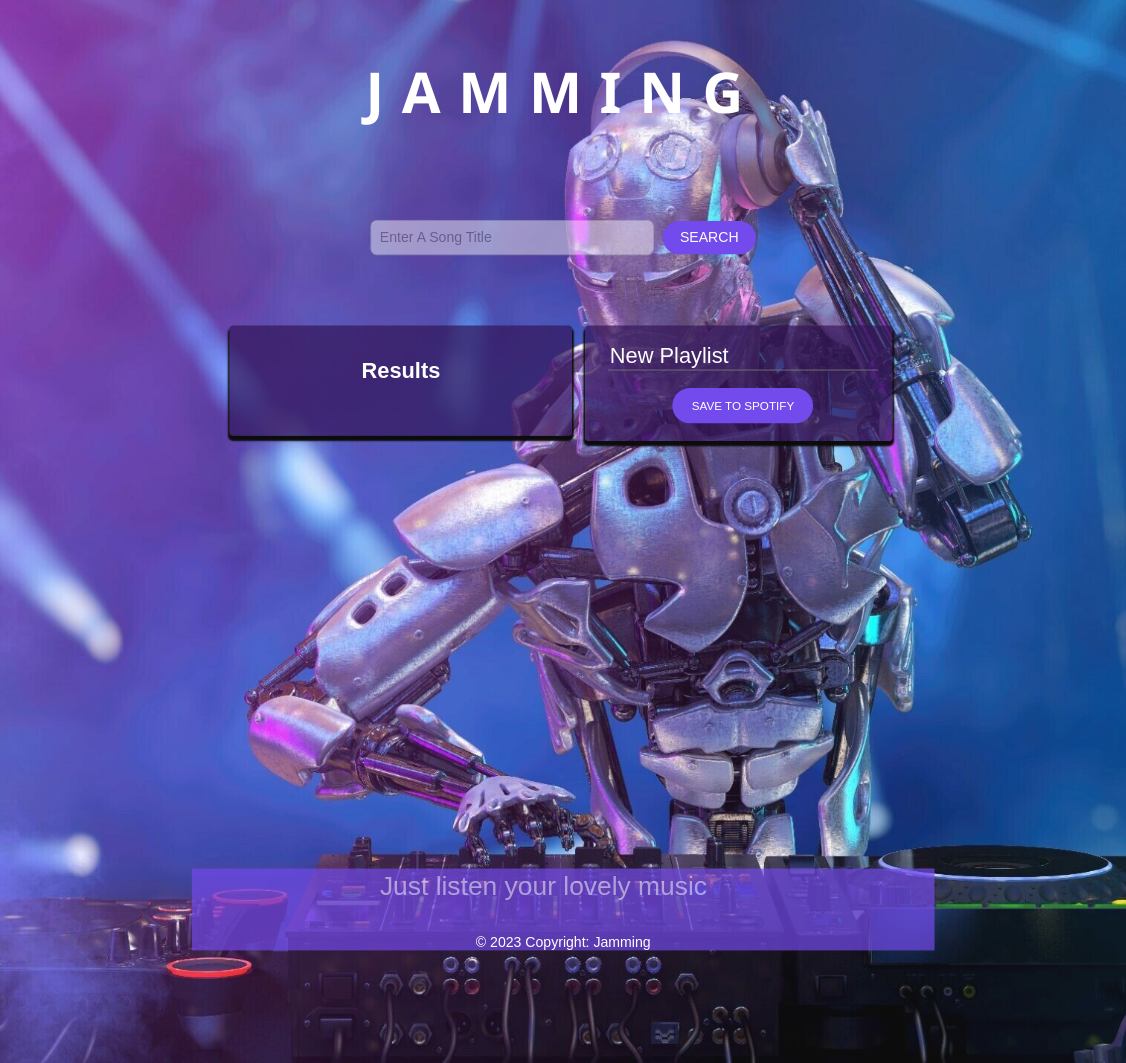
Repository: LolaSL/jamming
Page: /
An editor plug-in stored every save of this project. The page is shown before and after the next save, followed by the edit.
The browser window is 1280 px wide. The pictures show the whole page, at 88% of full size.
The project was rebuilt for these pictures with package versions that can differ from the ones it lists, and the page was loaded fresh each time. Also part of the build but not shown: src/components/Track/Track.jsx.

Above is the page before, as saved 2023-06-23 20:05:32.

After the next save:
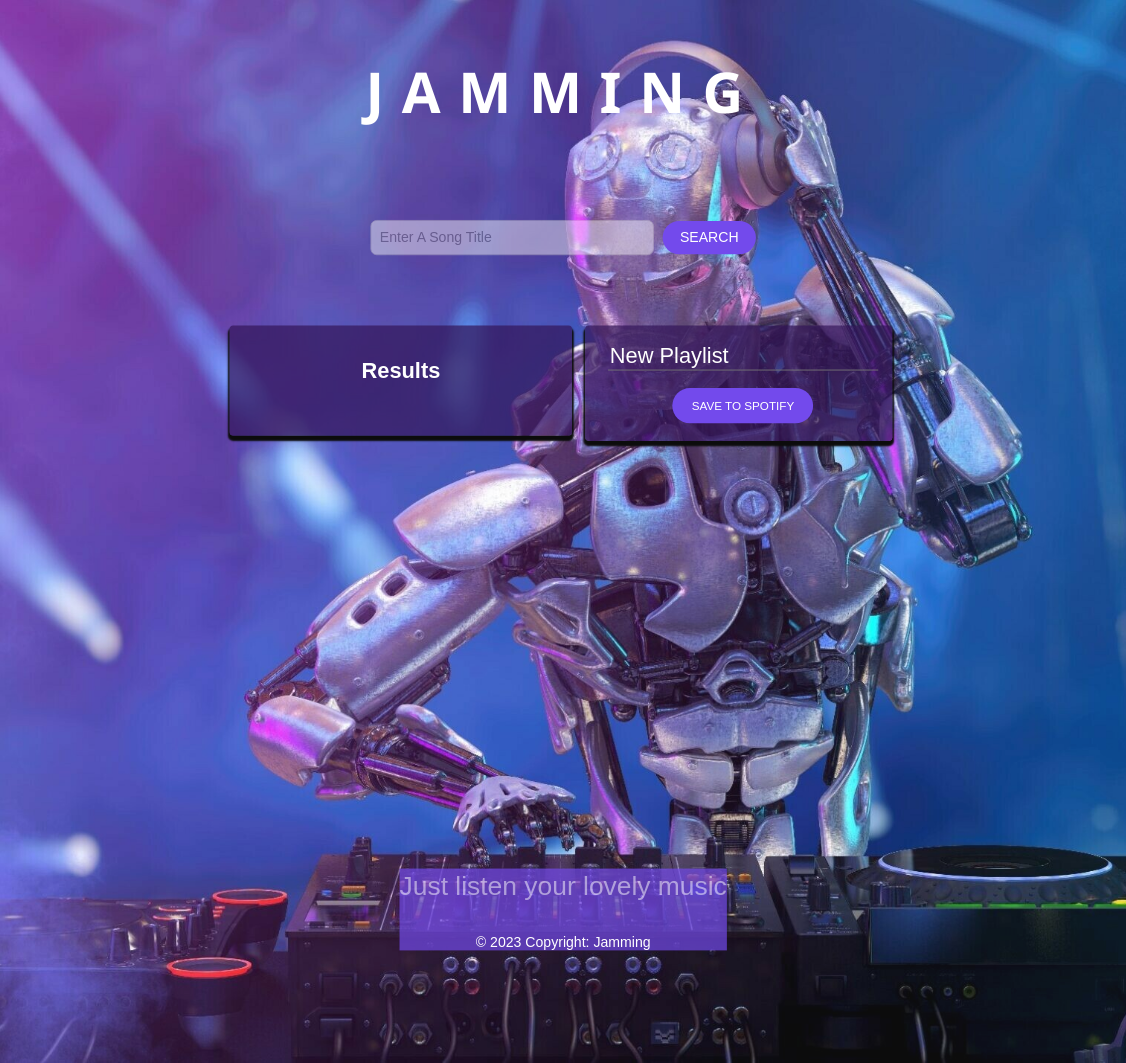
Saved 32 s later.
--- a/src/components/Footer/Footer.css
+++ b/src/components/Footer/Footer.css
@@ -2,7 +2,7 @@
 
 .footer {
     background-color: rgba(108, 65, 233, .7);
-    width:100%;
+    max-width:100%;
     /* padding: 20px 0; */
     color: white;
     position: relative;

After the save that followed:
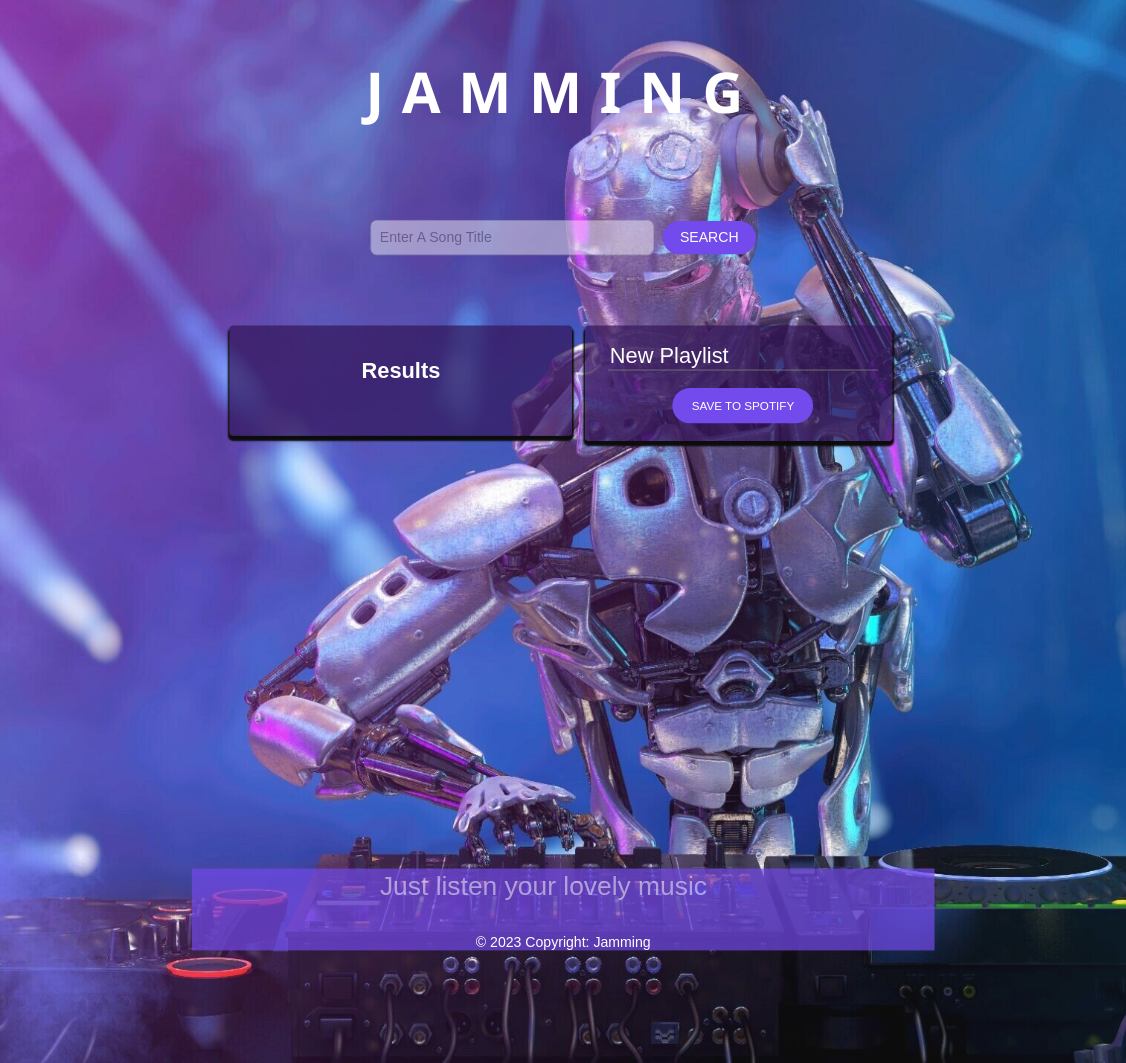
Saved 5 s later.
--- a/src/components/Footer/Footer.css
+++ b/src/components/Footer/Footer.css
@@ -2,7 +2,7 @@
 
 .footer {
     background-color: rgba(108, 65, 233, .7);
-    max-width:100%;
+    min-width:100%;
     /* padding: 20px 0; */
     color: white;
     position: relative;
